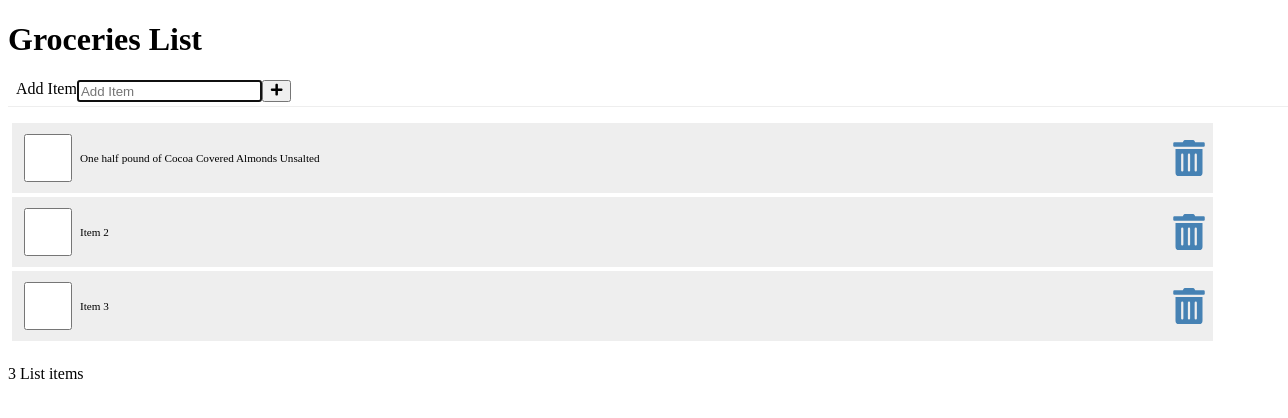
Repository: akinmiday/react-series
Page: /
The author's editor kept a copy of each file at every save. The page is drawn from the files as they stood at one save, then again after the next save.
The browser window is 1280 px wide. The page is 1288 px wide, so the pictures cover 1288 px, including what lies to the right of the window. The pictures show the whole page.
The project was rebuilt for these pictures with package versions that can differ from the ones it lists, and the page was loaded fresh each time. Also part of the build but not shown: vite.config.js, src/index.css.

Above is the page before, as saved 2023-08-22 06:12:56.

After the next save:
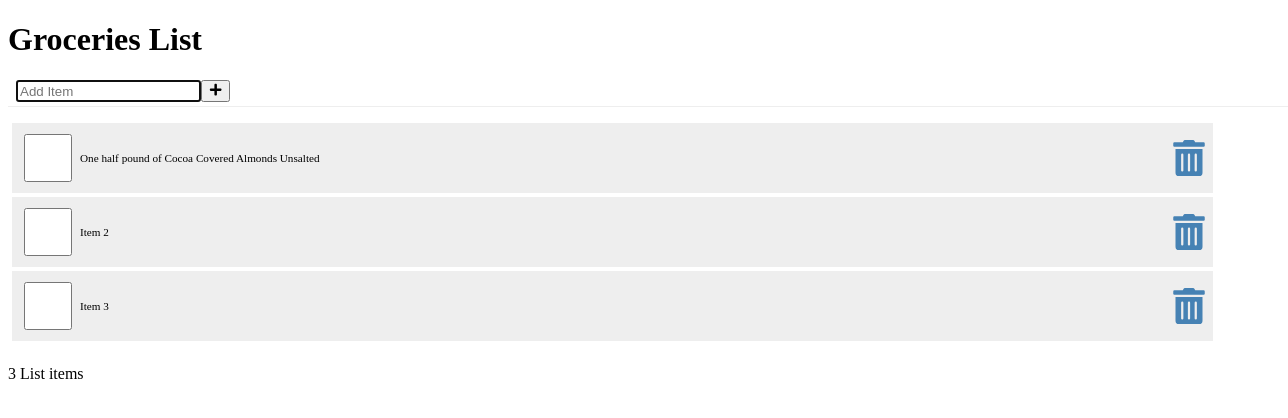
Saved 40 s later.
--- a/src/App.css
+++ b/src/App.css
@@ -61,3 +61,8 @@ text-decoration: underline;
     padding: 0 0.5rem 0.25rem;
     border-bottom: 1px solid #eee;
 }
+
+.addForm label{
+    position: absolute;
+    left: -99999px;
+}

After the save that followed:
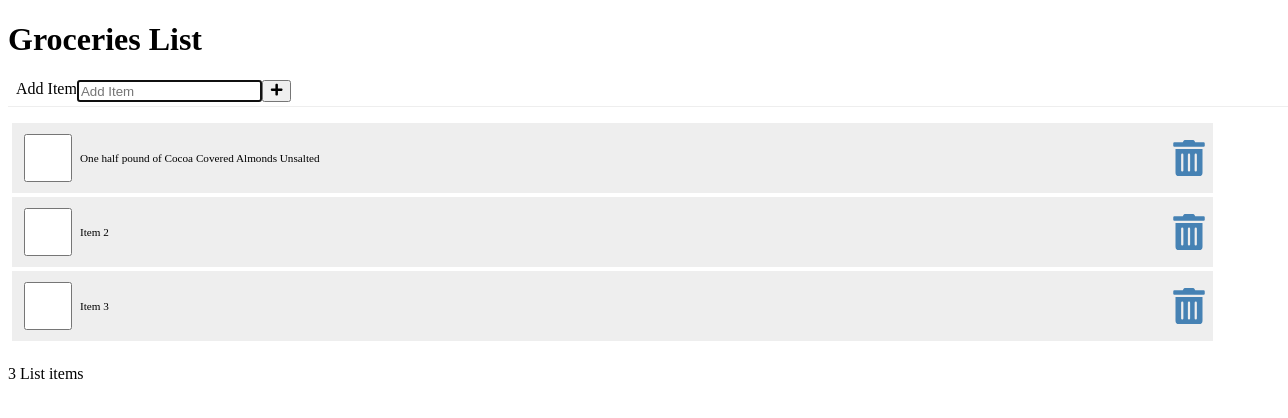
Saved 19 s later.
--- a/src/App.css
+++ b/src/App.css
@@ -62,7 +62,4 @@ text-decoration: underline;
     border-bottom: 1px solid #eee;
 }
 
-.addForm label{
-    position: absolute;
-    left: -99999px;
-}
+/* .addForm  */
